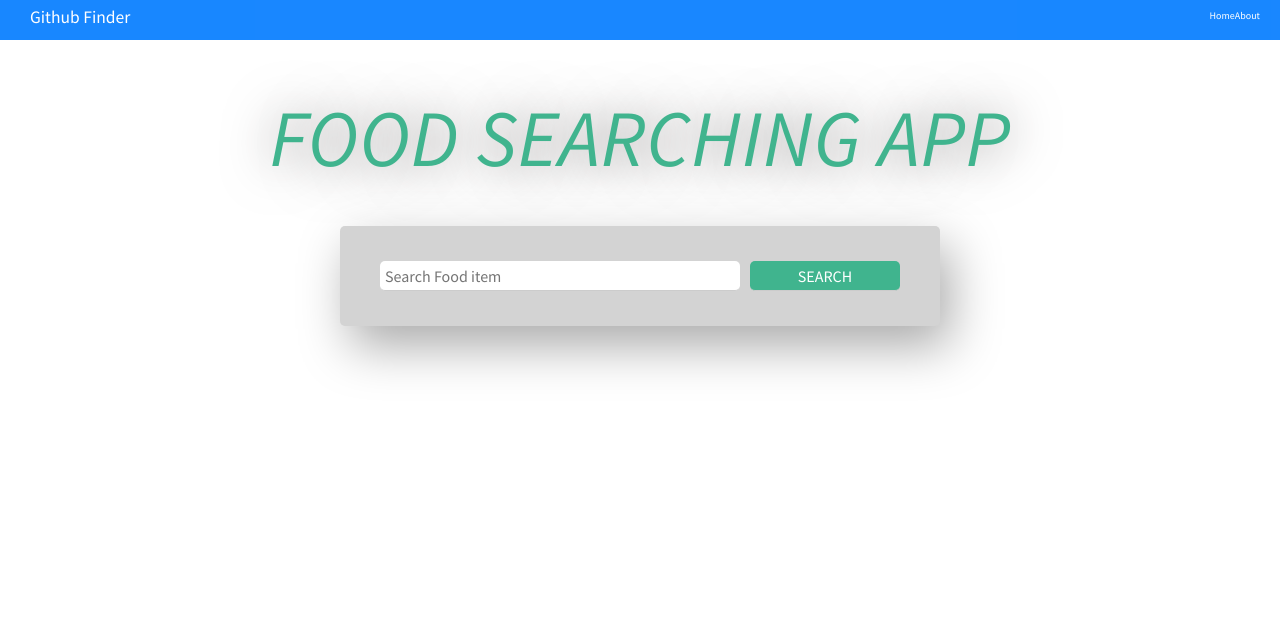
Repository: priyavmehta/React-Food-Recipe-App
Page: /contact
The author's editor kept a copy of each file at every save. The page is drawn from the files as they stood at one save, then again after the next save.
The browser window is 1280 px wide. The pictures show the whole page.
The project was rebuilt for these pictures with package versions that can differ from the ones it lists, and the page was loaded fresh each time. Also part of the build but not shown: src/Components/RecipeDetails.js, src/Components/Recipe.js, src/Components/Alert.js.

Above is the page before, as saved 2020-07-11 22:01:11.

After the next save:
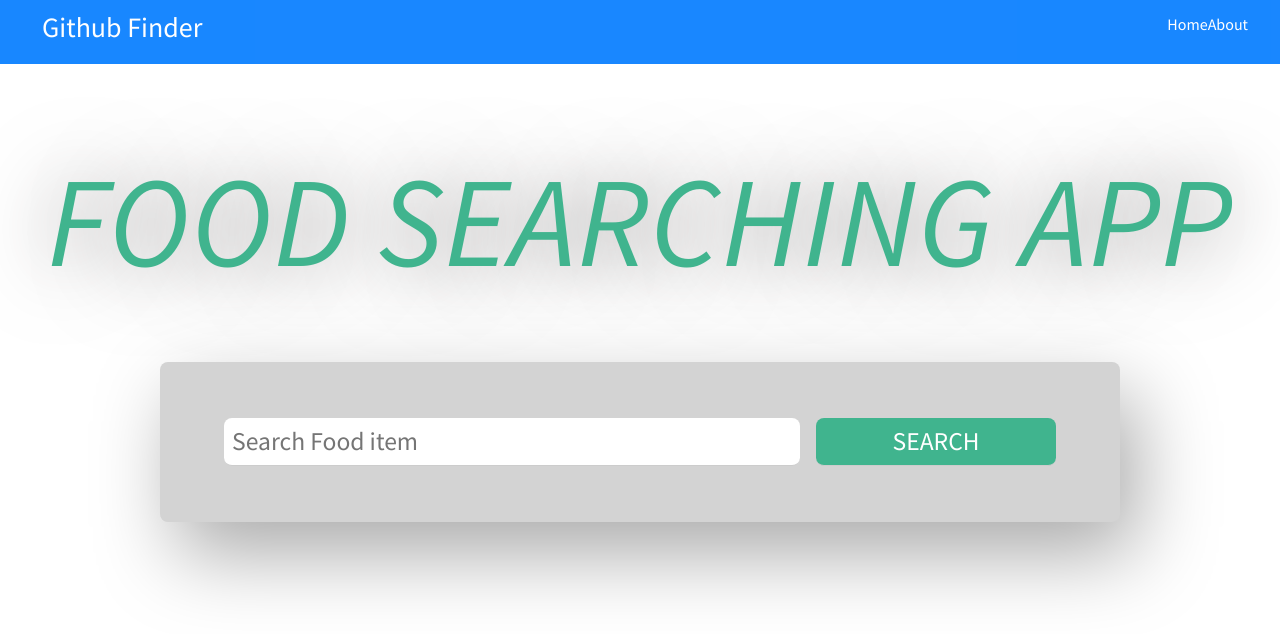
Saved 49 s later.
--- a/src/App.css
+++ b/src/App.css
@@ -7,10 +7,6 @@
   text-decoration: none;
   list-style-type: none;
   outline: none;
-}
-
-html {
-  font-size: 62.5%;
 }
 
 .App {
